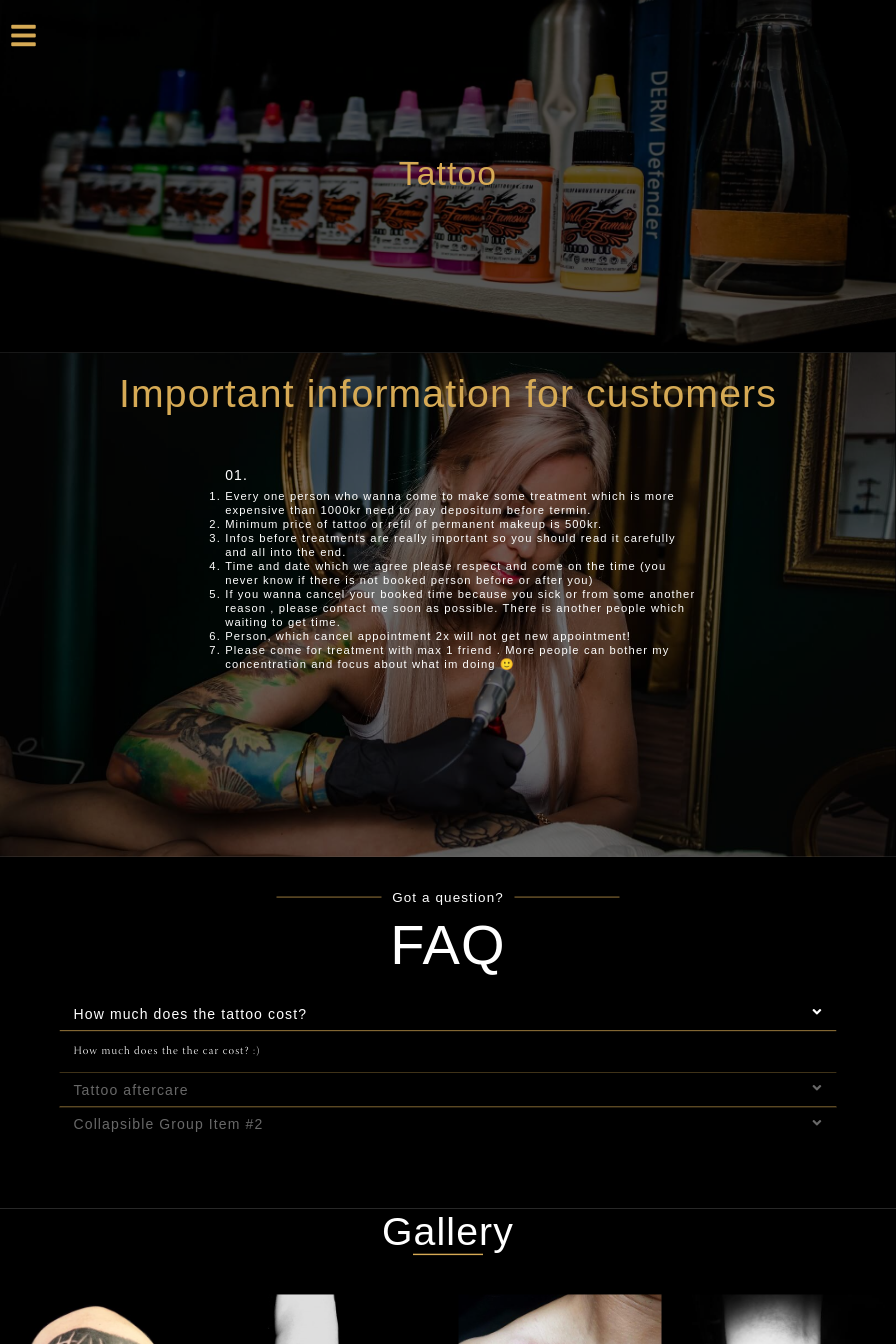
Repository: Spreceriany/TattooWeb
Page: tattoo-en.html
An editor plug-in stored every save of this project. The page is shown before and after the next save, followed by the edit.
The browser window is 1280 px wide. The pictures show the part of the page from y = 0 to 1920 px (the page is 3497 px tall), at 70% of full size.
Backgrounds fixed to the window are drawn as part of the page. Some web fonts or font styles are not loaded; a fallback is used. Some web libraries are served in a nearby version.

Above is the page before, as saved 2020-04-23 19:11:00.
Console error: TypeError: Cannot read properties of null (reading 'addEventListener')

After the next save:
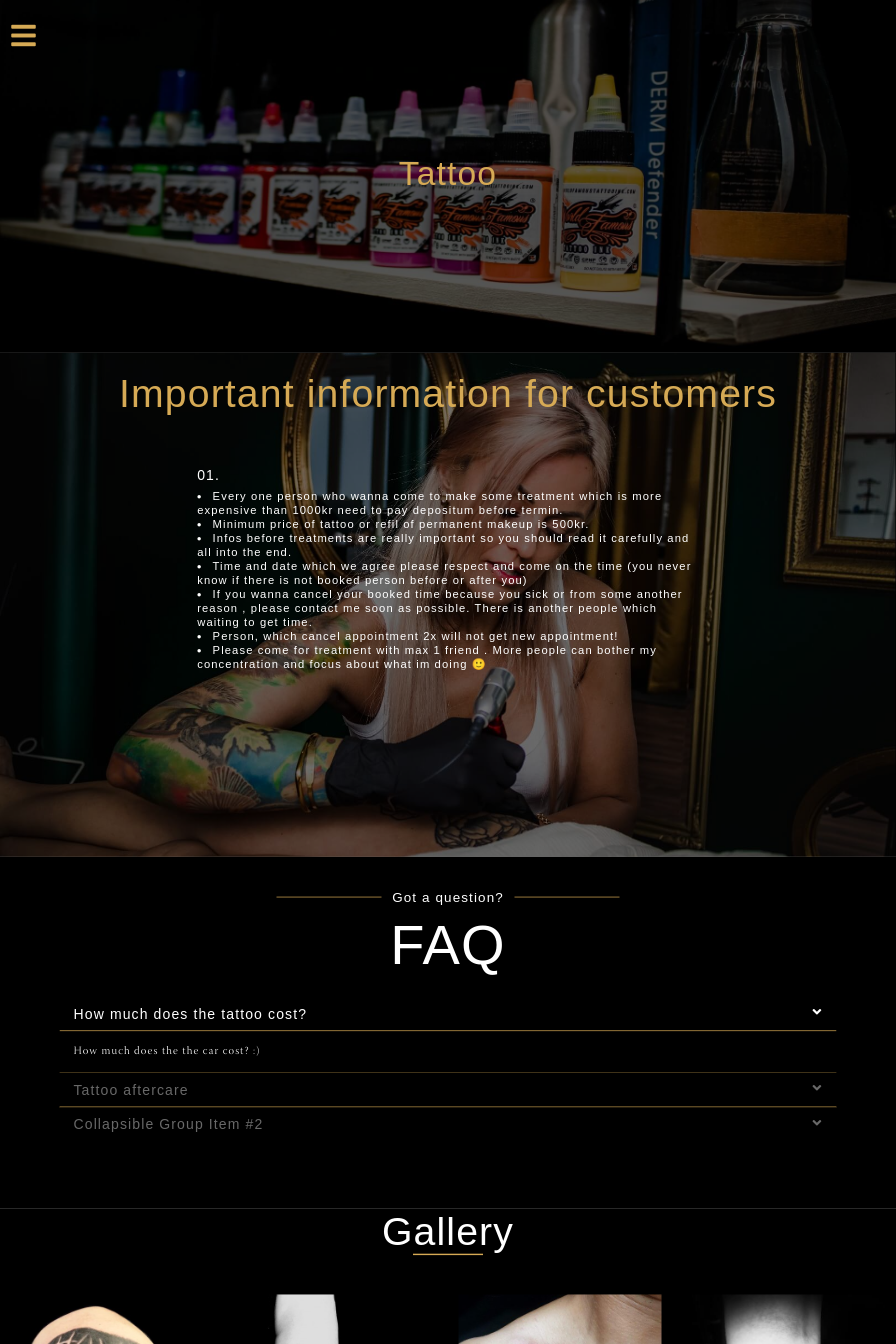
Saved 32 s later.
--- a/tattoo-en.html
+++ b/tattoo-en.html
@@ -78,7 +78,7 @@
     <div class="row pt-5 justify-content-center d-flex">
       <div class=" col-sm-7 pt-3">
 
-          <ol class="text-white">
+          <div class="text-white">
             <h5 class="inline-block">01.</h5>
             <li>Every one person who wanna come to make some treatment which is more expensive than 1000kr need to pay depositum before termin. </li>
             <li>Minimum price of tattoo or refil of permanent makeup is 500kr.</li>
@@ -87,7 +87,7 @@
             <li> If you wanna cancel your booked time because you sick or from some another reason , please contact me soon as possible. There is another people which waiting to get time. </li>
             <li>Person, which cancel appointment 2x will not get new appointment!</li>
             <li>Please come for treatment with max 1 friend . More people can bother my concentration and focus about what im doing 🙂</li>
-          </ol>
+          </div>
       </div>
 
     </div>
